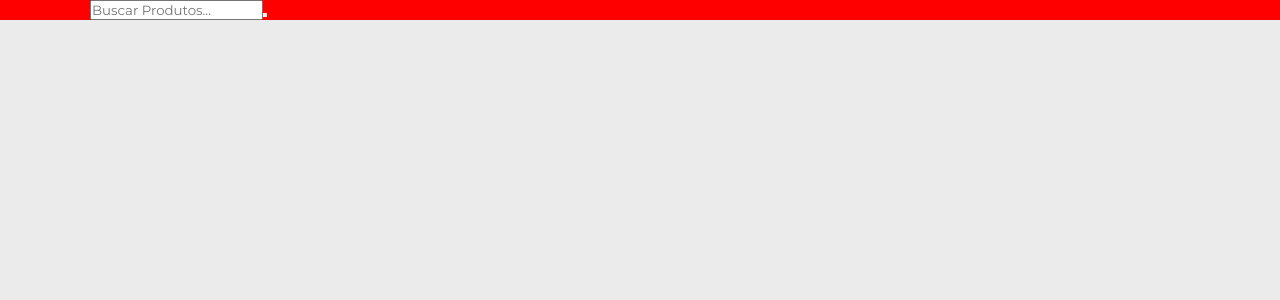
Repository: Gab23Oli/Projeto-de-Conclus-o---Shopping-Cart
Page: /
An editor plug-in stored every save of this project. The page is shown before and after the next save, followed by the edit.
The browser window is 1280 px wide. The pictures show the whole page.
The project was rebuilt for these pictures with package versions that can differ from the ones it lists, and the page was loaded fresh each time.

Above is the page before, as saved 2024-01-25 12:42:21.

After the next save:
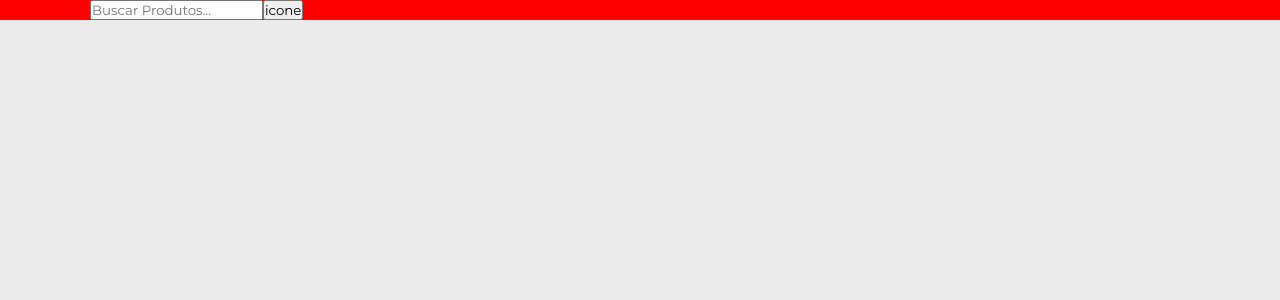
Saved 51 s later.
--- a/src/components/Header/Header.jsx
+++ b/src/components/Header/Header.jsx
@@ -7,7 +7,7 @@ function Header () {
         <form>
           <input type="search" placeholder="Buscar Produtos..." className="search__input" required/>
           <button type="submit" className="search__button" >
-
+            icone
           </button>
         </form>
       </div>
